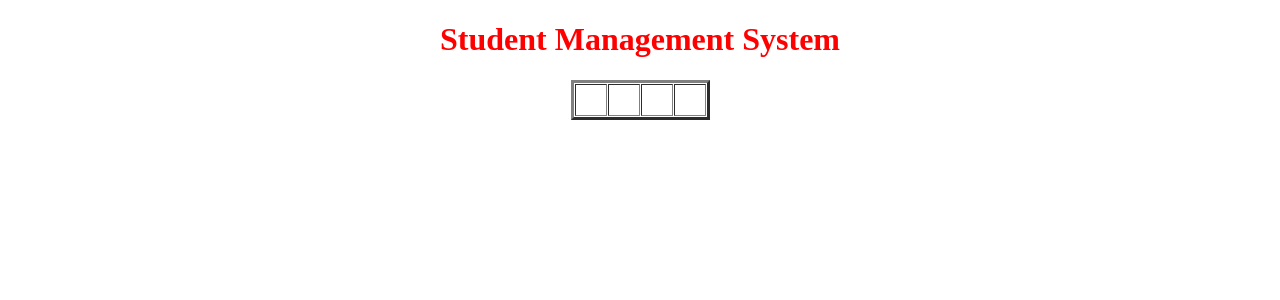
Repository: Aviligonda/Servlet_Programs
Page: http://localhost/StudentManagementSystem/viewStudent.jsp
These files come from the project's save history. The page is drawn as it stood at one moment and after the next save; the edit follows.
The browser window is 1280 px wide. The pictures show the whole page.
The page is served by Tomcat 9. Queries for data that is not in the repository find no rows.

Above is the page before, as saved 2024-11-24 15:09:50.

### StudentManagementSystem/src/main/webapp/viewStudent.jsp
<%@page import="java.sql.ResultSet"%>
<%@page import="java.sql.Statement"%>
<%@page import="java.sql.DriverManager"%>
<%@page import="java.sql.Connection"%>
<%@ page language="java" contentType="text/html; charset=UTF-8"
	pageEncoding="UTF-8"%>
	<%@ include file="header.jsp" %>
<!DOCTYPE html>
<html>
<head>
<meta charset="UTF-8">
<title>View All Students</title>
</head>
<body>
	<%
	Class.forName("com.mysql.jdbc.Driver");
	Connection connection =DriverManager.getConnection("jdbc:mysql://localhost:3306/logindb","root","123");
	Statement statement = connection.createStatement();
	ResultSet resultSet = statement.executeQuery("select * from sms");
	out.print("<table border='3' align='center' cellspacing='1' cellpadding='15'>");
	out.print("<tr><th></th><th></th><th></th><th></th></tr>");
	while(resultSet.next()){
		out.println(resultSet.getString(1)+"\n "+resultSet.getString(2)+" "+resultSet.getString(3)+" "+resultSet.getString(4));
		out.println("\n");
	}

	%>
</body>
</html>

### StudentManagementSystem/src/main/webapp/header.jsp
<%@ page language="java" contentType="text/html; charset=UTF-8"
    pageEncoding="UTF-8"%>
<!DOCTYPE html>
<html>
<head>
<meta charset="UTF-8">
<title>Insert title here</title>
</head>
<body>

<h1 style="color:red;text-align:center "> <b>Student Management System</b></h1>


</body>
</html>

After the next save:
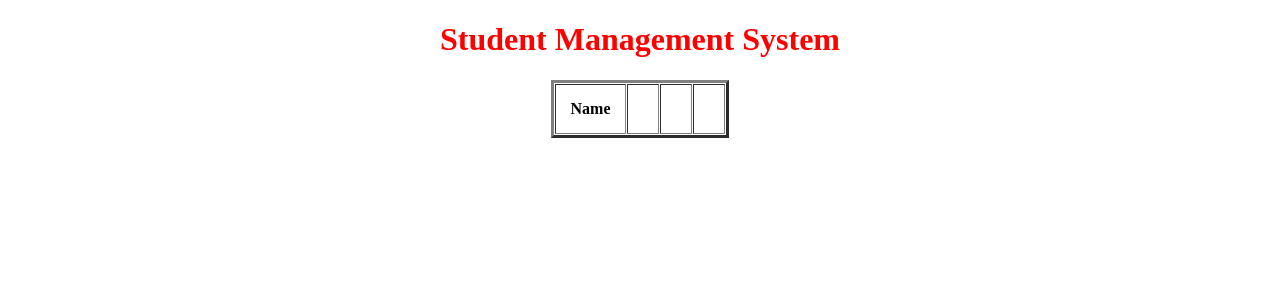
Saved 45 s later.
--- a/StudentManagementSystem/src/main/webapp/viewStudent.jsp
+++ b/StudentManagementSystem/src/main/webapp/viewStudent.jsp
@@ -18,7 +18,7 @@
 	Statement statement = connection.createStatement();
 	ResultSet resultSet = statement.executeQuery("select * from sms");
 	out.print("<table border='3' align='center' cellspacing='1' cellpadding='15'>");
-	out.print("<tr><th></th><th></th><th></th><th></th></tr>");
+	out.print("<tr><th>Name</th><th></th><th></th><th></th></tr>");
 	while(resultSet.next()){
 		out.println(resultSet.getString(1)+"\n "+resultSet.getString(2)+" "+resultSet.getString(3)+" "+resultSet.getString(4));
 		out.println("\n");
